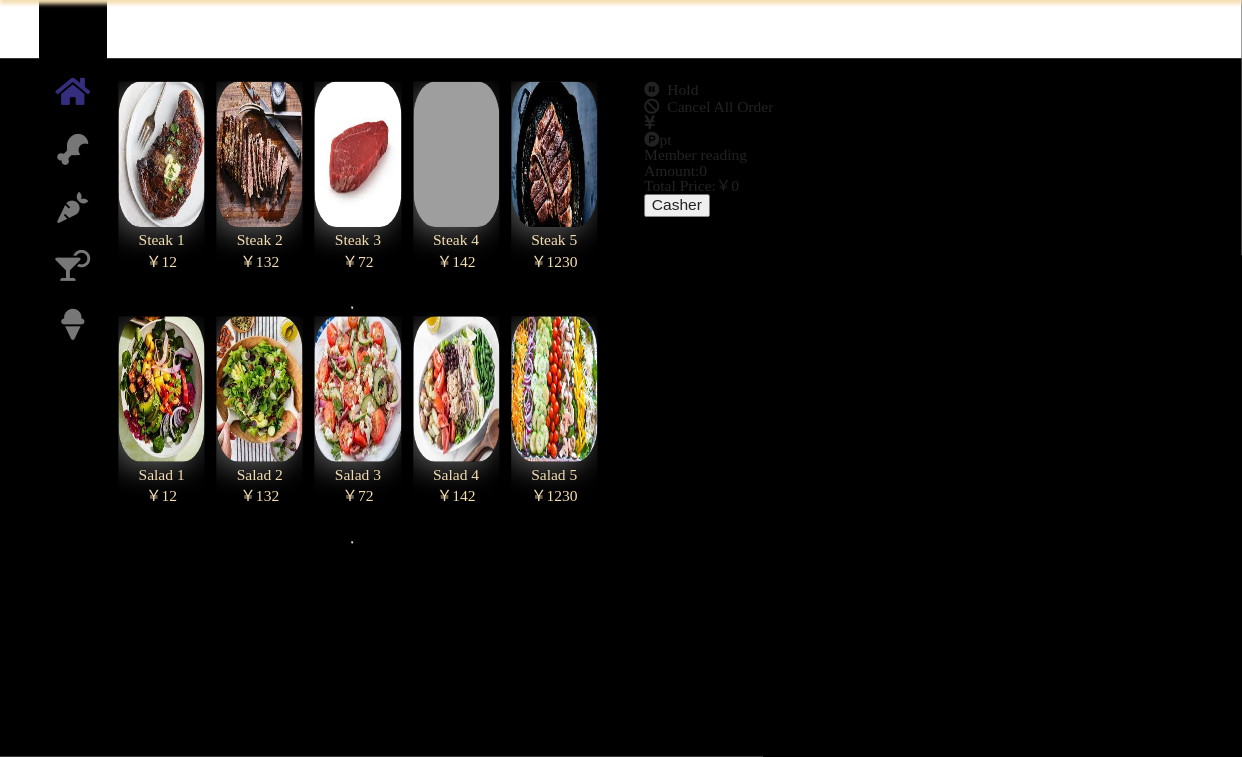
Repository: vuhungson158/Menu
Page: /
The author's editor kept a copy of each file at every save. The page is drawn from the files as they stood at one save, then again after the next save.
The browser window is 1280 px wide. The pictures show the whole page, at 97% of full size.
Pictures or frames that could not be fetched are drawn as grey boxes. The project was rebuilt for these pictures with package versions that can differ from the ones it lists, and the page was loaded fresh each time. Also part of the build but not shown: src/component/mainMenu/orderBlock/orderContent/OrderedItem.jsx, src/redux-store/actions/HoldActions.jsx, src/component/mainMenu/orderBlock/utilities/HoldItem.jsx.

Above is the page before, as saved 2021-08-22 09:49:52.

After the next save:
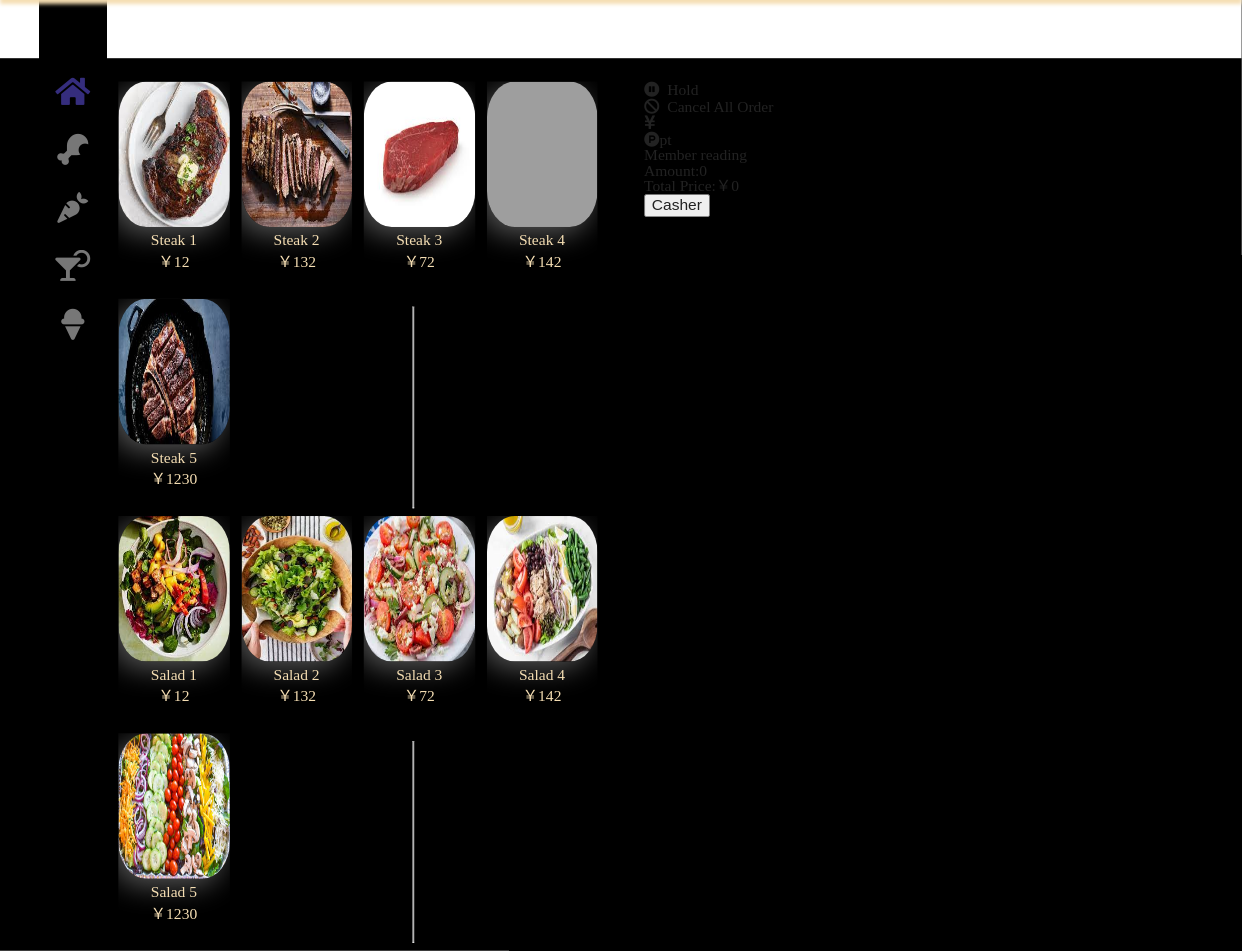
Saved 21 s later.
--- a/src/styles/App.scss
+++ b/src/styles/App.scss
@@ -222,7 +222,7 @@ body {
                     margin-left: calc(var(--side-nav_width) + 12px);
                     .page {
                         --spacing: 12px;
-                        --columns: 5;
+                        --columns: 4;
                         display: flex;
                         flex-wrap: wrap;
                         margin-left: calc(-1 * var(--spacing));
